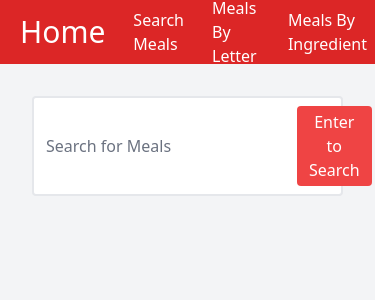
Repository: HalemX/meals
Page: /by-name
These files come from the project's save history. The page is drawn as it stood at one moment and after the next save; the edit follows.
The browser window is 375 px wide. The pictures show the whole page.
The project was rebuilt for these pictures with package versions that can differ from the ones it lists, and the page was loaded fresh each time. Also part of the build but not shown: vite.config.js, src/pages/home/Home.vue, src/components/layout/GuestLayout.vue, src/components/ui/BaseButtons.vue, src/pages/meals/MealsByIngredient.vue, src/pages/meals/MealsByLetters.vue, src/components/meals_components/MealDetails.vue, src/pages/meals/AllIngredients.vue.

Above is the page before, as saved 2024-02-12 16:40:40.

After the next save:
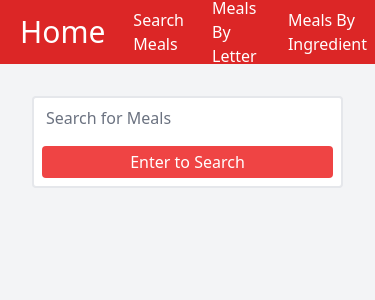
Saved 18 s later.
--- a/src/pages/meals/MealsByName.vue
+++ b/src/pages/meals/MealsByName.vue
@@ -77,5 +77,8 @@ input:focus {
   box-shadow: none !important;
 }
 @media (max-width: 420px) {
+  form {
+    flex-direction: column;
+  }
 }
 </style>
